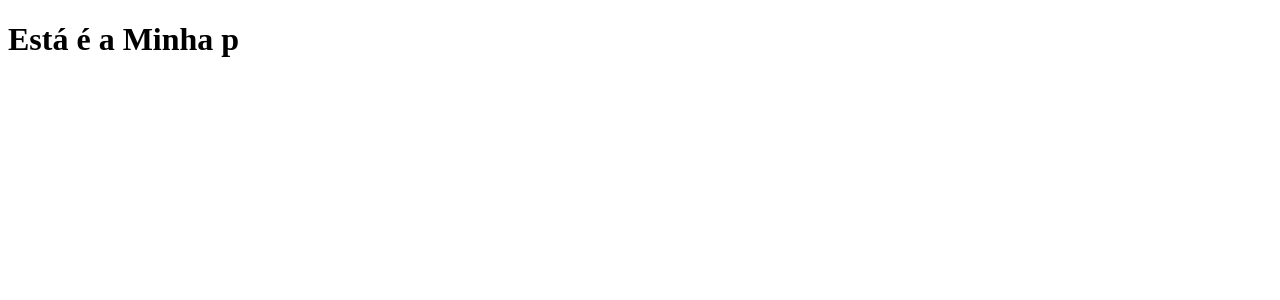
Repository: Guillermomarcon/exercicios
Page: ex0010/index2.html
The author's editor kept a copy of each file at every save. The page is drawn from the files as they stood at one save, then again after the next save.
The browser window is 1280 px wide. The pictures show the whole page.

Above is the page before, as saved 2020-12-14 00:07:41.

After the next save:
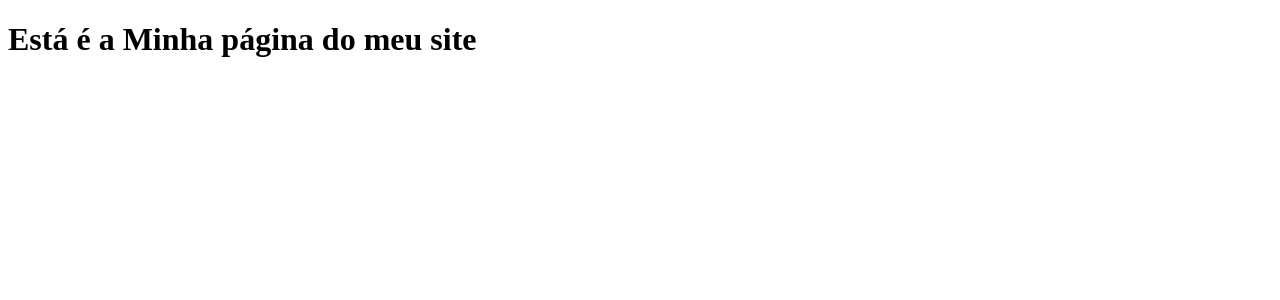
Saved 6 s later.
--- a/ex0010/index2.html
+++ b/ex0010/index2.html
@@ -6,7 +6,7 @@
     <title>Pagina 02</title>
 </head>
 <body>
-    <h1>Está é a Minha p</h1>
+    <h1>Está é a Minha página do meu site</h1>
 
 </body>
 </html>
